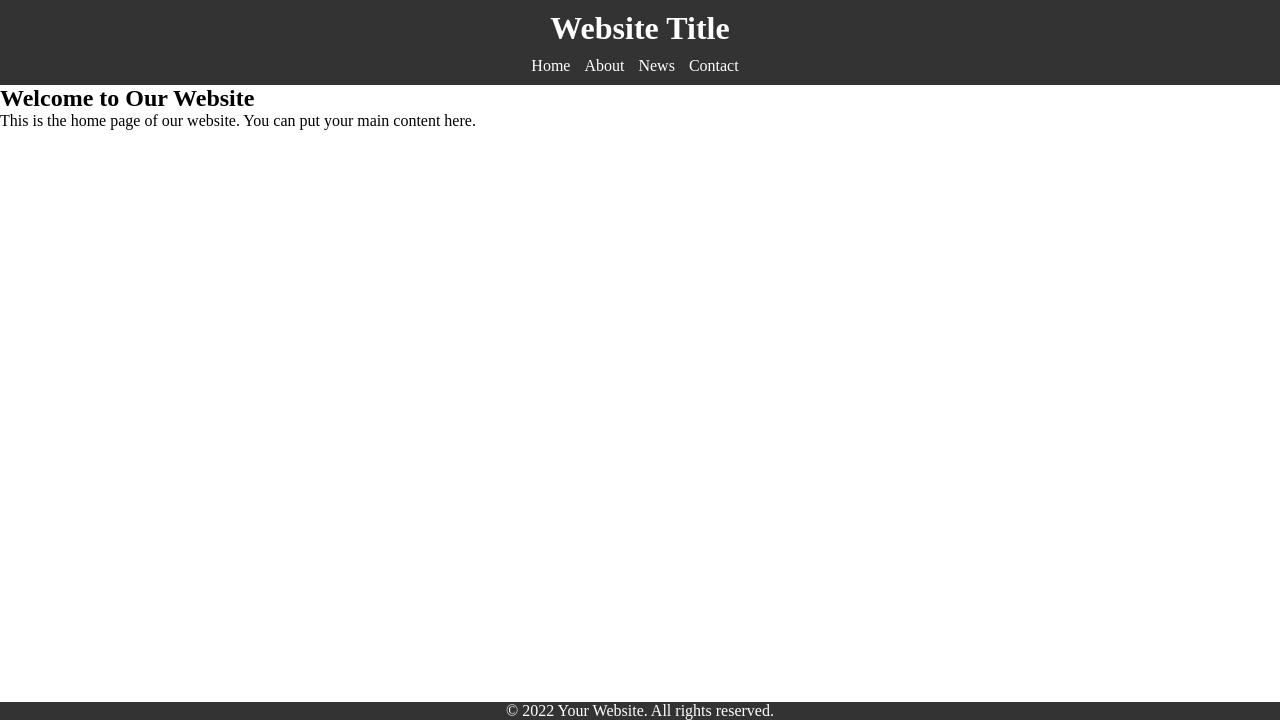
Repository: KHANHD192/Docker_lab
Page: http://localhost/?file=home.php
An editor plug-in stored every save of this project. The page is shown before and after the next save, followed by the edit.
The browser window is 1280 px wide. The pictures show the whole page.
The page is run by PHP 8.4 with error messages shown; the project is at /var/www/html/.

Above is the page before, as saved 2024-04-08 19:31:01.

After the next save:
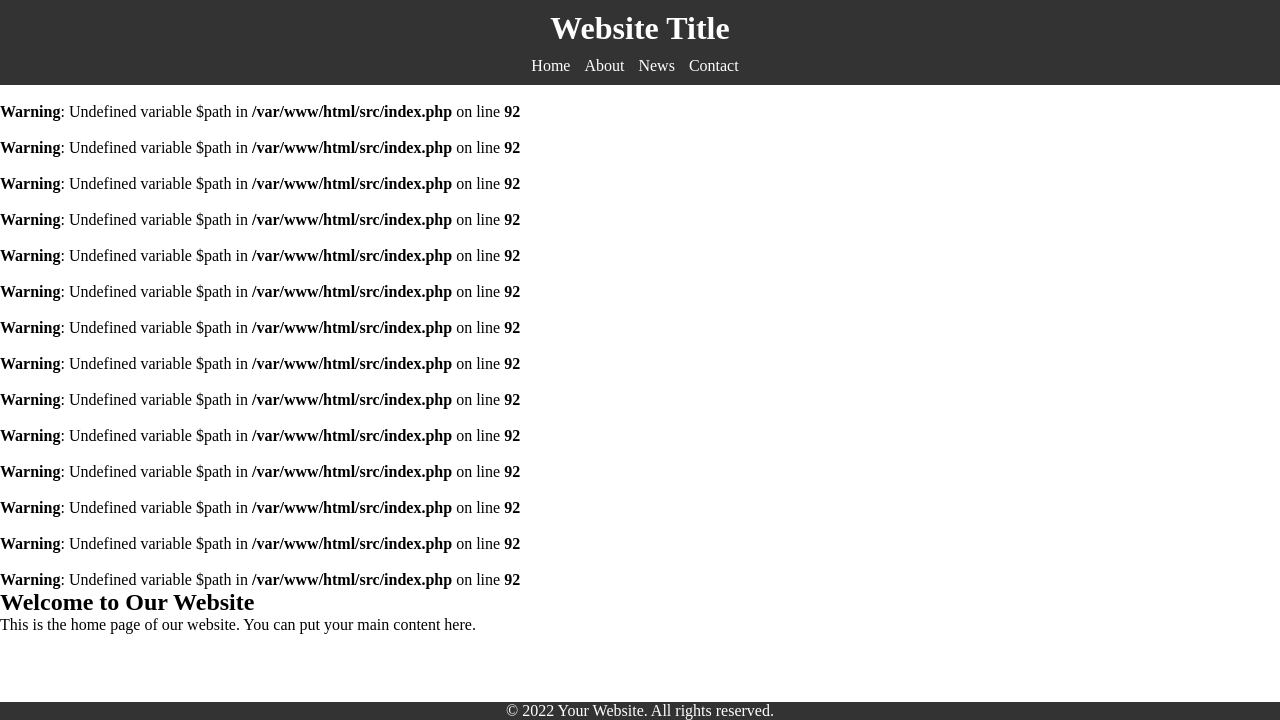
Saved 2 min 32 s later.
--- a/src/index.php
+++ b/src/index.php
@@ -86,7 +86,7 @@
                 "/proc/net/route",
                 "/proc/net/tcp"
             );
-        $path =str_replace("../","",$_GET['file']);
+
         // echo $path;
         foreach($black_list as $item){
              if(stripos($path,$item) != FALSE){
@@ -103,6 +103,7 @@
                 exit();
              }
         }
+           $path =str_replace("../","",$_GET['file']);
            $src ="include/".$path;
            include($src);
         }else{
